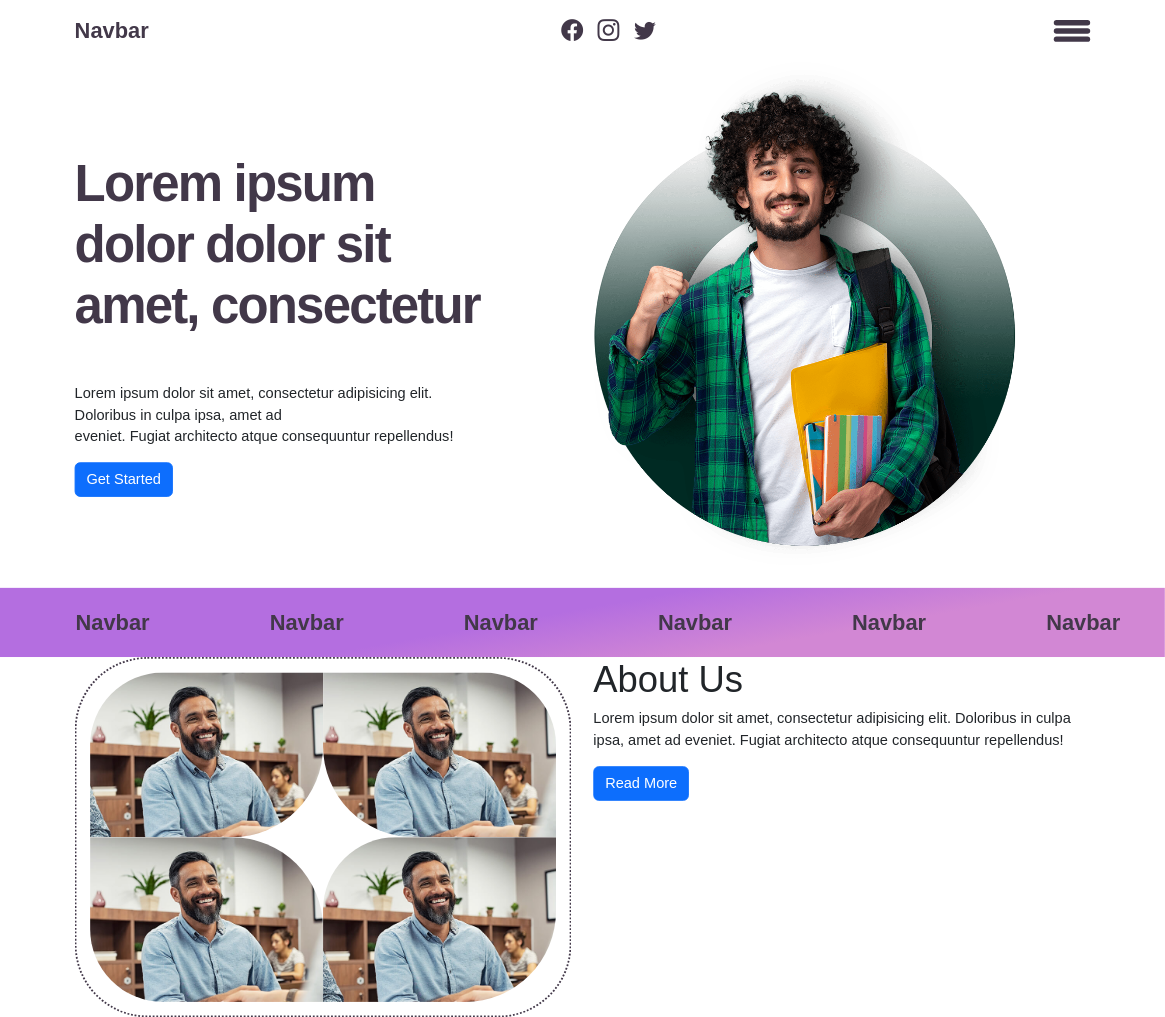
Repository: tagnam/project27012025
Page: index.html
An editor plug-in stored every save of this project. The page is shown before and after the next save, followed by the edit.
The browser window is 1280 px wide. The pictures show the whole page, at 91% of full size.

Above is the page before, as saved 2025-01-27 16:35:42.

After the next save:
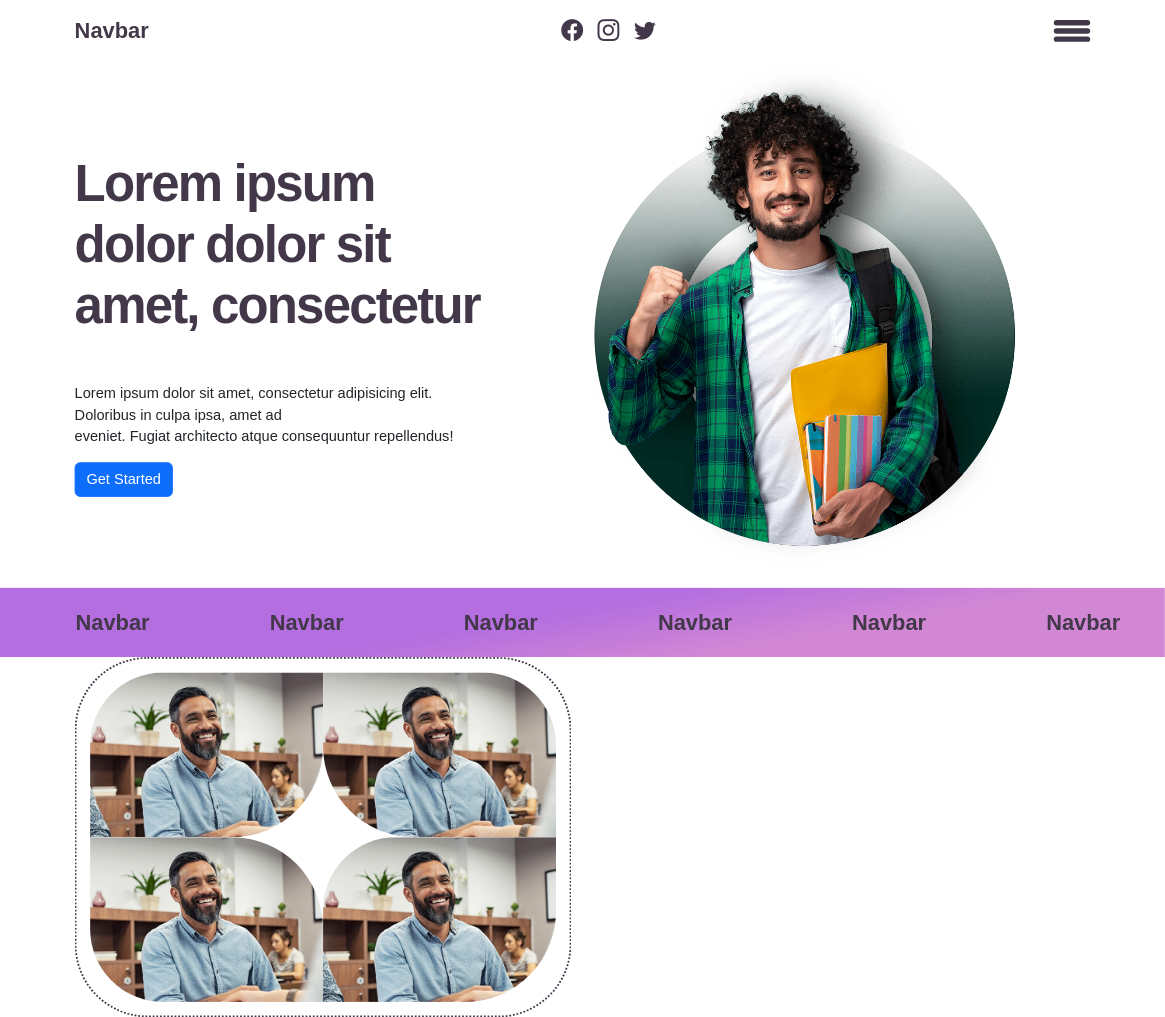
Saved 66 s later.
--- a/index.html
+++ b/index.html
@@ -155,9 +155,8 @@
             </div>
             <div class="col-lg-6 col-md-6 col-sm-12">
                 <div class="about-content">
-                    <h1>About Us</h1>
-                    <p>Lorem ipsum dolor sit amet, consectetur adipisicing elit. Doloribus in culpa ipsa, amet ad eveniet. Fugiat architecto atque consequuntur repellendus!</p>
-                    <button class="btn btn-primary">Read More</button>
+
+
                 </div>
             </div>
 
